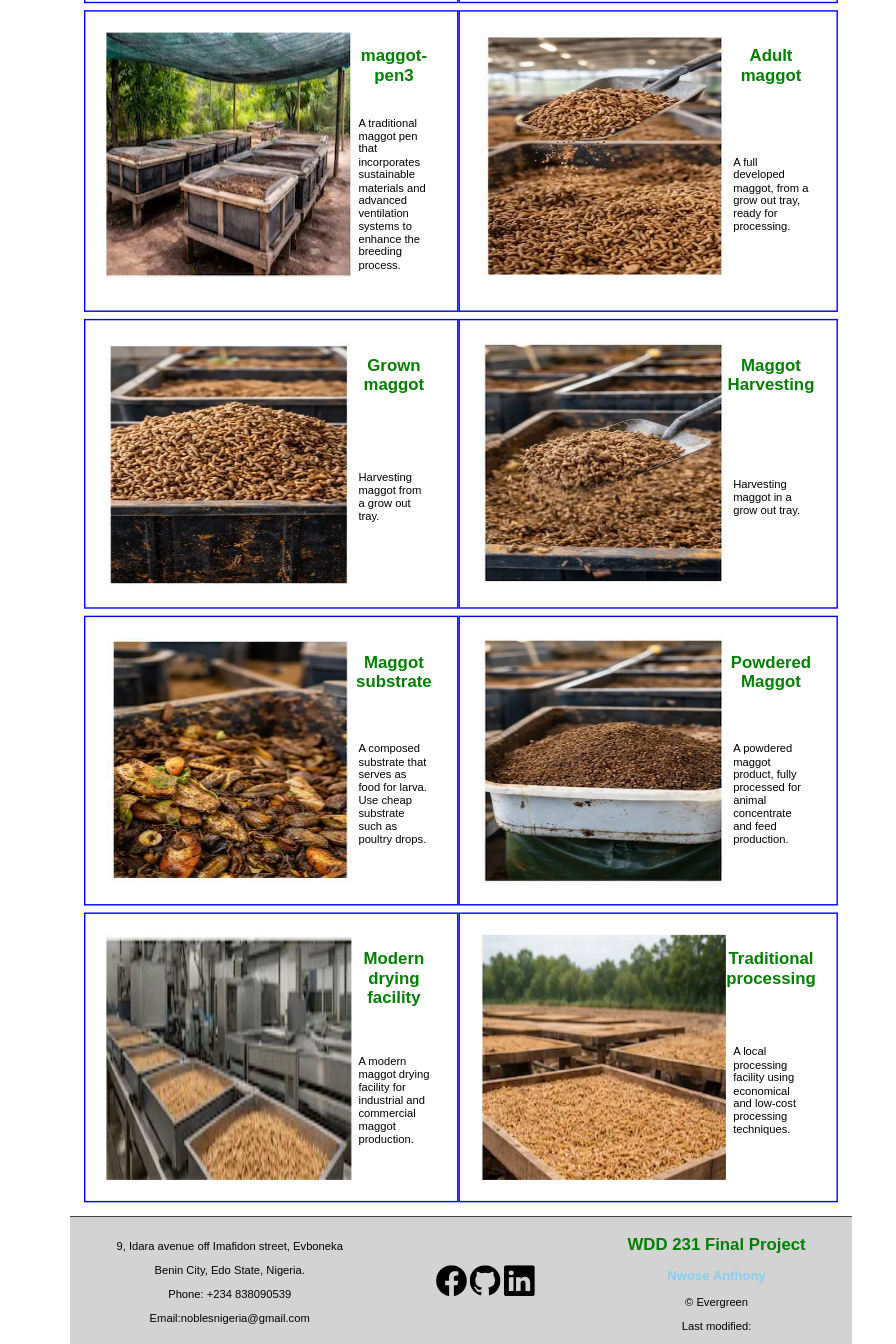
Repository: NoblesNigeria/articles
Page: maggot/farm-galleries.html
The author's editor kept a copy of each file at every save. The page is drawn from the files as they stood at one save, then again after a run of saves.
The browser window is 1280 px wide. The pictures show the part of the page from y = 652 to 2572 px (the page is 2572 px tall), at 70% of full size.

Above is the page before, as saved 2026-02-23 11:41:10.
Console error: TypeError: Cannot read properties of null (reading 'addEventListener')

### maggot/farm-galleries.html
<!DOCTYPE html>
<html lang="en">
<head>
    <meta charset="UTF-8">
    <meta name="viewport" content="width=device-width, initial-scale=1.0">
    <meta name="description" content="This is the business directory page for the Chamber of Commerce, We connect businesses and foster growth in our community.">
    <meta name="author" content="Nwose Anthony">
    <meta property="og:title" content="Evergreen Chamber of Commerce">
    <meta property="og:description" content="Evergreen Chamber of Commerce - Connecting Businesses, Fostering Growth">
    <meta property="og:image" content=" https://noblesnigeria.github.io/wdd231/chamber/images/image.jpg">
    <meta property="og:url" content=" https://noblesnigeria.github.io/chamber/directory.html">
    <link rel="stylesheet" href="styles/normalize.css">
    <link rel="stylesheet" href="styles/final-small.css">
    <link rel="stylesheet" href="styles/final-medium.css">
    <link rel="stylesheet" href="styles/final-large.css">
    <script src="scripts/final.js" defer></script>
    <link rel="icon" href="favicon.ico">
    <title>Nobles Agricultural Technology</title>
    <link rel="preconnect" href="https://fonts.googleapis.com">
    <link rel="preconnect" href="https://fonts.gstatic.com" crossorigin>
    <link href="https://fonts.googleapis.com/css2?family=Roboto:wght@100..900&display=swap" rel="stylesheet">
</head>
<body>
    <header>
        <img src="images/book.svg" alt="Chamber Logo">
        <span>Nobles Maggot Farming Gallery</span>
        <button id="ham-btn" class="hamburger"></button>
    </header>
    <nav id="navigation" class="navigate">
        <ul>
           <li><a href="https://noblesnigeria.github.io/articles/maggot/index.html">projects</a></li>
           <li><a href="https://noblesnigeria.github.io/articles/maggot/farm-galleries.html">Galleries</a></li>
        </ul>
    </nav>
    <main>
        <section id="directory-entries"></section>
    </main>
    <footer>
        <aside class="contact">
            <p>9, Idara avenue off Imafidon street, Evboneka </p>
            <p>Benin City, Edo State, Nigeria.</p>
            <p>Phone: +234 838090539</p>
            <p>Email:noblesnigeria@gmail.com</p>
        </aside>
        <aside class="media">
            <a href="https://github.com/NoblesNigeria"><img src="images/facebook.svg" alt="facebook" width="100" height="100"></a>
            <a href="https://github.com/NoblesNigeria"><img src="images/github.svg" alt="Github" width="100" height="100"></a>
            <a href="https://github.com/NoblesNigeria"><img src="images/linkedin.svg" alt="Linkedin" width="100" height="100"></a>
        </aside>
        <aside class="copy-right">
            <h2>WDD 231 Final Project</h2>
            <h3>Nwose Anthony</h3>
            <p>&copy; <span class="current-year"></span> Evergreen</p>
            <p>Last modified: <span class="lastModified"></span></p>
        </aside>
    </footer>
</body>
</html>

### maggot/styles/final-small.css
body{
    display:grid;
    grid-template-columns: auto;
    font-family: Arial, sans-serif;
    padding: 0;
    align-items: center;
}
#card{
    background-color: gray;
}
#clear{
    background-color: lightblue;
}
.profitability{
    background-color: lightgray;
}
h2{
    color:green;
    text-align: center;
}
h3{
    color:skyblue;
}
header{
    display:grid;
    grid-template-columns: 24px auto 44px;
    gap:10px;
    align-items:center;
    background-color: lightgrey;
    text-align: center;
}
header img{
    width:100%;
}
h1{
    color: blue;
    text-align: center;
}
.hamburger{
    border:none;
    cursor:pointer;
    font-size: 32px;
}
.hamburger::before{
    content: "\2630";
    font-size: 32px;
}
.hamburger.show::before{
    content: "\2715";
}
.navigate{
    display:none;
}
.navigate.show{
    display:block;
}
nav ul{
    list-style-type: none;
    display:block;
}
nav a:hover{
    color: purple;
}
.dove{
    color: red;
}
.jump{
    color: green;
}
main{
    padding: 20px;
}
#directory-entries section{
    display: grid;
    grid-template-columns: 1fr;
    grid-template-areas:
    "image"
    "name"
    "description"
    ;
    border: 2px solid blue;
    padding: 30px;
    margin-top: 10px;
}
#directory-entries img{
    grid-area: image;
    width: 350px;
    height: 250px;
}
#directory-entries h2{
    grid-area: name;
}
#directory-entries p{
    grid-area: description;
}
.profitability,th, td {
    border: 2px  solid black;
    padding: 10px;
}
.nutrient{
    border-collapse: collapse;
}
.profitability{
    border-collapse: collapse;
}
#register{
    padding: 10px;
    display:grid;
    background-color: gray;
}
label input{
    display:flex;
    padding: 5px;
}
button:hover{
    background-color: green;
}
#notification{
    padding: 5px;;
    width: 80px;
    margin-top: 5px;
}
#address{
    color: green;
}
footer{
    border-top: 1px solid black;
    padding-top: 5px;
    text-align: center;
    background-color: lightgrey;
}

.media img{
    width:44px;
    height:44px;
}

### maggot/styles/final-medium.css
@media only screen and (min-width: 38rem){
    #directory-entries section{
        display: grid;
        grid-template-columns: 1fr;
        grid-template-areas:
        "image name"
        "image description"
        ;
        border: 2px solid blue;
        padding: 30px;
        margin-top: 10px;
    }
    #directory-entries img{
        width: 350px;
        height: 350px;
    }
    #register{
        width: 400px;
        margin-left: 250px;
    }

}

### maggot/styles/final-large.css
@media only screen and (min-width: 50rem) {
    body{
        width: 1050px;
        margin-left: 100px;
    }
    header{
        grid-template-columns: 24px auto;
        font-size: 42px;
        padding: 15px;
    }
    #navigation{
        display:block;
        padding: 5px;
    }
    .hamburger{
        display:none;
    }
    .navigate ul{
        display:flex;
        flex-direction: row;
        gap: 15px;
    }
    footer{
        display: grid;
        grid-template-columns: auto auto auto;
        align-items: center;
    }
    .contact{
        grid-column: 1;
    }
    .media{
        grid-column: 2;
        justify-content: center;
    }
    .copy-right{
        grid-column: 3;
    }
    #directory-entries{
        display: grid;
        grid-template-columns: 1fr 1fr;
    }
    #directory-entries p{
        padding: 10px;
    }
}

### maggot/scripts/final.js

const details = './data/final.json';
const cards = document.querySelector('#directory-entries');

let allGallery = [];

// Wait for DOM to load
document.addEventListener('DOMContentLoaded', () => {
    getDetails();
});

// Fetch data
async function getDetails() {
    try {
        const response = await fetch(details);

        // Check if request was successful
        if (!response.ok) {
            throw new Error(`HTTP error! Status: ${response.status}`);
        }

        const data = await response.json();

        // Make sure gallery exists
        if (!data.gallery || !Array.isArray(data.gallery)) {
            throw new Error('Invalid JSON format: "gallery" not found');
        }

        allGallery = data.gallery;

        displayDetails(allGallery);

    } catch (error) {
        console.error('Error loading gallery:', error);
        cards.innerHTML = '<p>Failed to load gallery data.</p>';
    }
}

// Display members
function displayDetails(gallery) {
    cards.innerHTML = ''; // Clear cards

    gallery.forEach(member => {
        const card = document.createElement('section');
        card.classList.add('member-card');

        const h2 = document.createElement('h2');
        h2.textContent = member.name || 'No Name';

        const img = document.createElement('img');
        img.src = member.image || 'images/placeholder.jpg';
        img.alt = member.name || 'Gallery image';
        img.loading = 'lazy';

        const description = document.createElement('p');
        description.textContent = member.description

        card.append(h2, img, description);
        cards.appendChild(card);
    });
}

const ham = document.querySelector('#ham-btn');
const nav = document.querySelector('#navigation');
ham.addEventListener('click', () => {
    nav.classList.toggle('show');
    ham.classList.toggle('show');
});



const notify= document.getElementById('notification');
const inform= document.getElementById('info');
const signUp= document.getElementById('sign-up');

notify.addEventListener("click", () => {
    inform.showModal();
});

signUp.addEventListener("click", () => {
    inform.close();
});

### maggot/data/final.json
{
  "gallery": [
    {
      "name": "maggot-pen1",
      "description": "A commercial maggot pen designed for large-scale production, featuring multiple compartments for different stages of maggot development and easy access for harvesting.",
      "image": "images/modern-maggot-pen1.webp"
    },
    {
      "name": "maggot-pen2",
      "description": "A modern maggot pen designed for efficient breeding and harvesting of maggots, featuring a controlled environment to optimize growth and minimize odors.",
      "image": "images/modern-maggot-pen2.webp"
    },
    {
      "name": "maggot-pen3",
      "description": "A traditional maggot pen that incorporates sustainable materials and advanced ventilation systems to enhance the breeding process.",
      "image": "images/maggot-pen3.webp"
    },
    {
      "name": "Adult maggot",
      "description": "A full developed maggot, from a grow out tray, ready for processing.",
      "image": "images/maggot1.webp"
    },
    {
      "name": "Grown maggot",
      "description": "Harvesting maggot from a grow out tray.",
      "image": "images/maggot2.webp"
    },
    {
      "name": "Maggot Harvesting",
      "description": "Harvesting maggot in a grow out tray.",
      "image": "images/maggot8.webp"
    },
    {
      "name": "Maggot substrate",
      "description": "A composed substrate that serves as food for larva. Use cheap substrate such as poultry drops.",
      "image": "images/maggot7.webp"
    },
    {
      "name": "Powdered Maggot",
      "description": "A powdered maggot product, fully processed for animal concentrate and feed production.",
      "image": "images/maggot5.webp"
    },
    {
      "name": "Modern drying facility",
      "description": "A modern maggot drying facility for industrial and commercial maggot production.",
      "image": "images/maggot-modern-processing.webp"
    },
    {
      "name": "Traditional processing",
      "description": "A local processing facility using economical and low-cost processing techniques.",
      "image": "images/maggot-local-processing2.webp"
    }
  ]
}

Loaded but not shown: maggot/styles/normalize.css (library)

After the next 3 saves:
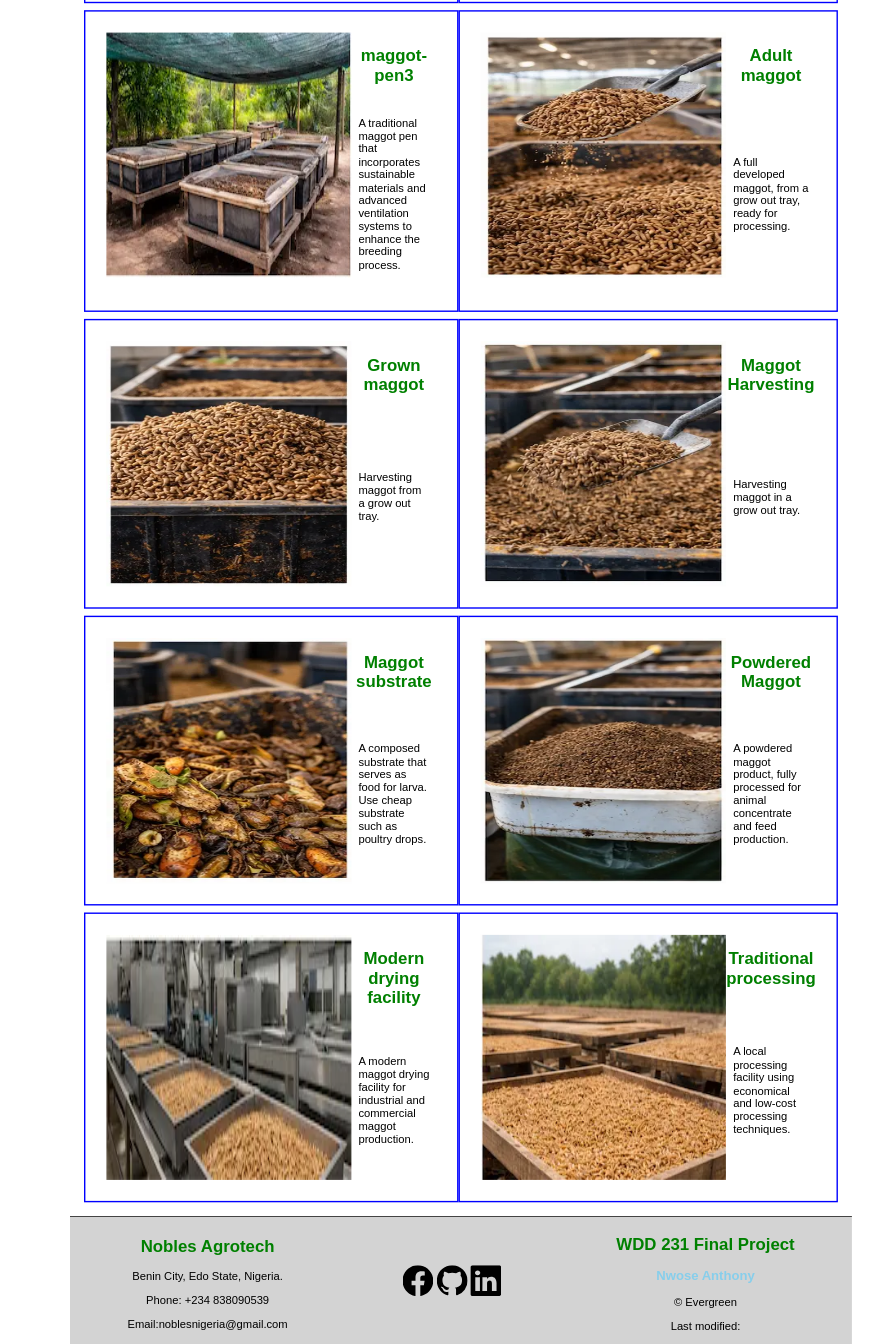
The 3 saves are shown as one change because they came seconds apart.
The last was saved 18 s later.
--- a/maggot/farm-galleries.html
+++ b/maggot/farm-galleries.html
@@ -37,7 +37,7 @@
     </main>
     <footer>
         <aside class="contact">
-            <p>9, Idara avenue off Imafidon street, Evboneka </p>
+            <h2>Nobles Agrotech</h2>
             <p>Benin City, Edo State, Nigeria.</p>
             <p>Phone: +234 838090539</p>
             <p>Email:noblesnigeria@gmail.com</p>
